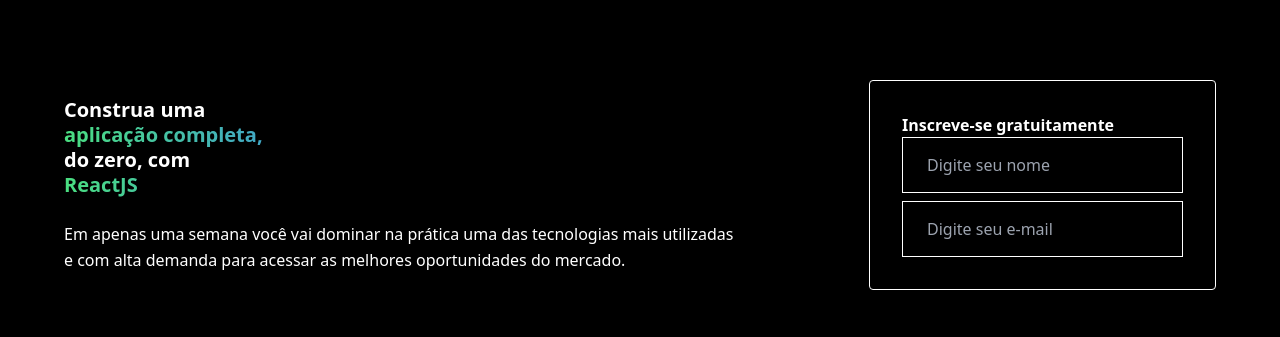
Repository: LuisSempre/Ignite-Lab---ReactJs-2022
Page: /
The author's editor kept a copy of each file at every save. The page is drawn from the files as they stood at one save, then again after the next save.
The browser window is 1280 px wide. The pictures show the whole page.
The project was rebuilt for these pictures with package versions that can differ from the ones it lists, and the page was loaded fresh each time. Also part of the build but not shown: vite.config.ts, components/Header.tsx, components/Lesson.tsx, components/Sidebar.tsx, pages/Event.tsx. Imported but missing from the stored project, and not drawn on this page: components/Video.

Above is the page before, as saved 2022-06-24 23:53:41.

### index.html
<!DOCTYPE html>
<html lang="en">
  <head>
    <meta charset="UTF-8" />
    <link rel="icon" type="image/svg+xml" href="/src/icon.png" />
    <meta name="viewport" content="width=device-width, initial-scale=1.0" />
    <title>Vite App</title>
  </head>
  <body>
    <div id="root"></div>
    <script type="module" src="/src/main.tsx"></script>
  </body>
</html>

### src/main.tsx
import React from 'react'
import ReactDOM from 'react-dom/client'
import App from './App'
import './index.css'

ReactDOM.createRoot(document.getElementById('root')!).render(
  <React.StrictMode>
      <App />
  </React.StrictMode>
)

### src/App.tsx
import { ApolloProvider, gql, useQuery } from "@apollo/client"
import { Router } from "../Router"
import { client } from '../lib/apollo'
import { BrowserRouter } from "react-router-dom"

function App() {
  return (
    <ApolloProvider client={client}>
      <BrowserRouter>
        <Router />
      </BrowserRouter>
    </ApolloProvider>
  )
}

export default App

### Router.tsx
import { Route, Routes } from "react-router-dom";
import { Event } from './pages/Event'
import { Subscribe } from './pages/Subscribe'
export function Router() {
    return(
      <Routes>
           <Route path="/" element={<Subscribe />}/>
           <Route path="/event" element={<Event />}/>
           <Route path="/event/lesson/:slug" element={<Event />}/>
      </Routes>
    )
}

### lib/apollo.ts
import { ApolloClient, InMemoryCache } from "@apollo/client";

export const client = new ApolloClient({
  uri: 'https://api-sa-east-1.graphcms.com/v2/cl4n4k5w68h3x01yra00r5rzf/master',
  cache: new InMemoryCache(),
})

### pages/Subscribe.tsx
export function Subscribe() {

    return (
        <div className='flex flex-col items-center min-h-screen'>
            <div className="flex items-center justify-between w-full max-w-6xl mx-auto mt-20">
                <div className="max-w-2xl">
                    <h1 className="mb-6 text-xl font-extrabold leading-tight">
                        Construa uma&nbsp;
                         <span className="block w-full text-transparent bg-clip-text bg-gradient-to-r from-green-400 via-blue-500 to-purple-500">
                            aplicação completa,&nbsp;
                        </span>
                        do zero, com&nbsp;
                         <span className="block w-full text-transparent bg-clip-text bg-gradient-to-r from-green-400 via-blue-500 to-purple-500">
                             ReactJS
                        </span>
                    </h1>
                    <p className="leading-relaxed">
                        Em apenas uma semana você vai dominar na prática uma das tecnologias mais utilizadas e com alta demanda para acessar as melhores oportunidades do mercado.
                    </p>
                </div>
                <div className="p-8 border border-white rounded">
                    <strong>Inscreve-se gratuitamente</strong>
                    <form action="" className="flex flex-col w-full gap-2">
                        <input className="px-6 bg-black border border-white h-14" type="text" placeholder="Digite seu nome"/>
                        <input className="px-6 bg-black border border-white h-14" type="text" placeholder="Digite seu e-mail"/>
                    </form>
                </div>
            </div>
        </div>
    )
}

Loaded but not shown: src/index.css (common file); tailwind.config.js (common file)

After the next save:
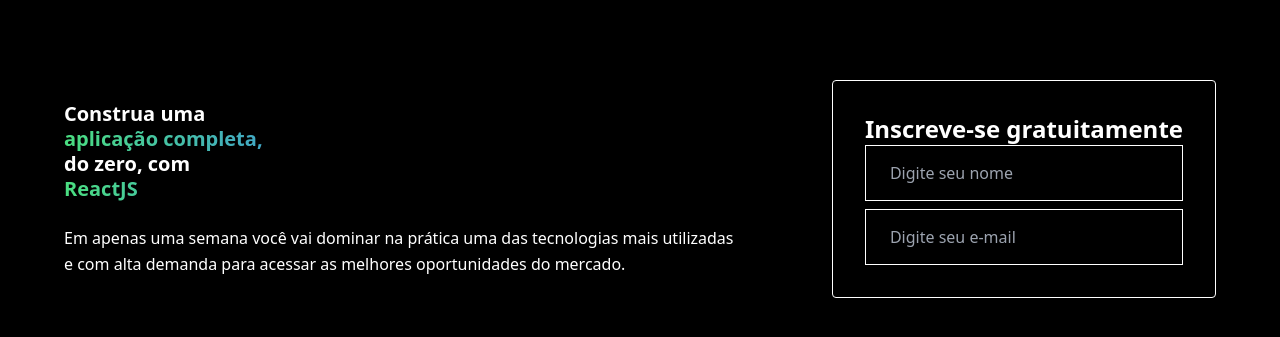
Saved 16 s later.
--- a/pages/Subscribe.tsx
+++ b/pages/Subscribe.tsx
@@ -19,7 +19,7 @@
                     </p>
                 </div>
                 <div className="p-8 border border-white rounded">
-                    <strong>Inscreve-se gratuitamente</strong>
+                    <strong className="text-2xl">Inscreve-se gratuitamente</strong>
                     <form action="" className="flex flex-col w-full gap-2">
                         <input className="px-6 bg-black border border-white h-14" type="text" placeholder="Digite seu nome"/>
                         <input className="px-6 bg-black border border-white h-14" type="text" placeholder="Digite seu e-mail"/>
